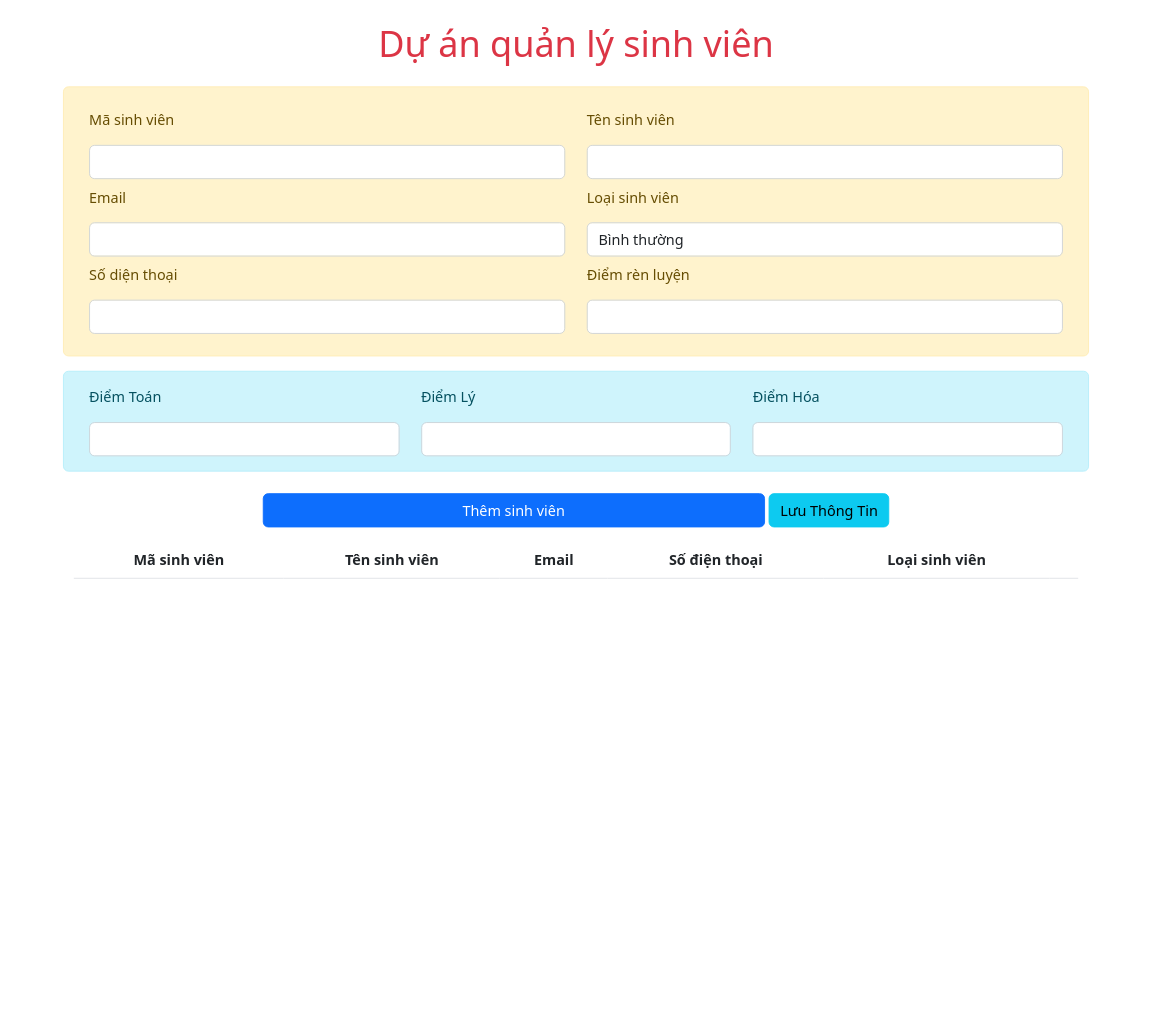
Repository: hcozyph/Cybersoft_JS_OOP
Page: index.html
The author's editor kept a copy of each file at every save. The page is drawn from the files as they stood at one save, then again after the next save.
The browser window is 1280 px wide. The pictures show the whole page, at 90% of full size.

Above is the page before, as saved 2023-03-01 19:42:42.

### index.html
<!DOCTYPE html>
<html lang="en">
    <head>
        <title>Quản lý sinh viên</title>
        <!-- Required meta tags -->
        <meta charset="utf-8" />
        <meta
            name="viewport"
            content="width=device-width, initial-scale=1, shrink-to-fit=no"
        />

        <!-- Bootstrap CSS v5.2.1 -->
        <link
            href="https://cdn.jsdelivr.net/npm/bootstrap@5.2.1/dist/css/bootstrap.min.css"
            rel="stylesheet"
            integrity="sha384-iYQeCzEYFbKjA/T2uDLTpkwGzCiq6soy8tYaI1GyVh/UjpbCx/TYkiZhlZB6+fzT"
            crossorigin="anonymous"
        />

        <!-- index.css -->
        <link rel="stylesheet" href="./assets/styles/index.css" />
    </head>

    <body>
        <div class="container" style="margin-bottom: 500px">
            <div class="title">
                <h3 class="text-center fs-1 text-danger my-4">
                    Dự án quản lý sinh viên
                </h3>
            </div>

            <div class="content">
                <div class="row alert alert-warning">
                    <div class="col-md-6 col-lg-6">
                        <div class="form-group my-2">
                            <p>Mã sinh viên</p>
                            <input class="form-control" id="maSinhVien"></input>
                        </div>

                        <div class="form-group my-2">
                            <p>Email</p>
                            <input class="form-control" id="email"></input>
                        </div>

                        <div class="form-group my-2">
                            <p>Số diện thoại</p>
                            <input class="form-control" id="soDienThoai"></input>
                        </div>
                    </div>

                    <div class="col-md-6 col-lg-6">
                        <div class="form-group my-2">
                            <p>Tên sinh viên</p>
                            <input class="form-control" id="tenSinhVien"></input>
                        </div>

                        <div class="form-group my-2">
                            <p>Loại sinh viên</p>
                            <select class="form-control" id="loaiSinhVien">
                                <option value="Bình thường">Bình thường</option>
                                <option value="Khó khăn">Khó khăn</option>
                            </select>
                        </div>

                        <div class="form-group my-2">
                            <p>Điểm rèn luyện</p>
                            <input type="number" class="form-control" id="diemRenLuyen">
                        </div>
                    </div>
                </div>

                <div class="alert alert-info row mt-2">
                    <div class="col-md-4">
                        <p>Điểm Toán</p>
                        <input type="number" id="diemToan" class="form-control" >
                    </div>
                    <div class="col-md-4">
                        <p>Điểm Lý</p>
                        <input type="number" id="diemLy" class="form-control" >
                    </div>
                    <div class="col-md-4">
                        <p>Điểm Hóa</p>
                        <input type="number" id="diemHoa" class="form-control" >
                    </div>
                </div>

                <div class="my-2 text-center">
                    <button class="btn btn-primary my-2 w-50 w-lg-25" id="btnThemSinhVien">Thêm sinh viên</button>
                    <button class="btn btn-info " id="btnLuuThongTin">Lưu Thông Tin</button>
                </div>

                <table class="table mt-2">
                    <thead>
                        <tr style="    vertical-align: baseline; text-align: center;">
                            <th>Mã sinh viên</th>
                            <th>Tên sinh viên</th>
                            <th>Email</th>
                            <th>Số điện thoại</th>
                            <th>Loại sinh viên</th>
                            <th></th>
                        </tr>
                    </thead>

                    <tbody id="tblSinhVien">
                        <!-- <td>
                            <tr></tr>
                            <tr></tr>
                        </td> -->
                    </tbody>
                </table>

            </div>
        </div>

        <!-- Bootstrap JavaScript Libraries -->
        <script
            src="https://cdn.jsdelivr.net/npm/@popperjs/core@2.11.6/dist/umd/popper.min.js"
            integrity="sha384-oBqDVmMz9ATKxIep9tiCxS/Z9fNfEXiDAYTujMAeBAsjFuCZSmKbSSUnQlmh/jp3"
            crossorigin="anonymous"
        ></script>

        <script
            src="https://cdn.jsdelivr.net/npm/bootstrap@5.2.1/dist/js/bootstrap.min.js"
            integrity="sha384-7VPbUDkoPSGFnVtYi0QogXtr74QeVeeIs99Qfg5YCF+TidwNdjvaKZX19NZ/e6oz"
            crossorigin="anonymous"
        ></script>

        <!-- models -->
        <script src="./models/SinhVien.js"></script>

        <!-- controller js -->
        <script src="./controllers/js/index.js"></script>
    </body>
</html>

### models/SinhVien.js
///--Đặt tên file -- Chữ cái đầu tiên VIẾT HOA

//---Định nghĩa prototype SinhVien

function SinhVien() {
    //input: sv: SinhVien
    this.maSinhVien = '';
    this.email = '';
    this.soDienThoai = '';
    this.tenSinhVien = '';
    this.loaiSinhVien = '';
    this.diemRenLuyen = '';

    this.diemToan = '';
    this.diemLy = '';
    this.diemHoa = '';


}

### controllers/js/index.js
////----MÔ HÌNH MVC
/*
    M [model]       -- nơi chứa các file js là prototype (class)
    V [view]        -- nơi chứa các file giao diện (.html)
    C [controller]  -- các file điều hướng giao diện (index.html => index.js, qlsp.html => qlsp.js)

    ---------------------------------------------------

    util    -- chứa các file dùng chung cho dự án (ví dụ: các method sử dụng ở các dự án trước, hoặc libs [thư viện js] )
    assets  -- là folder chứa tài nguyên của hệ thống (img, audio, viddeo, css, font,...)

*/

function getEle(n) {
    return document.getElementById(n);
}

function querySelector(n) {
    return document.querySelector(n);
}
////////////////////

var mangSinhVien = [];

getEle('btnThemSinhVien').onclick = function () {
    //input: sinhVien: SinhVien
    var sv = new SinhVien();
    console.log(sv);

    sv.maSinhVien = querySelector('#maSinhVien').value;
    sv.tenSinhVien = querySelector('#tenSinhVien').value;
    sv.email = querySelector('#email').value;
    sv.soDienThoai = querySelector('#soDienThoai').value;

    sv.loaiSinhVien = querySelector('#loaiSinhVien').value;
    sv.diemRenLuyen = querySelector('#diemRenLuyen').value;

    sv.diemToan = querySelector('#diemToan').value;
    sv.diemLy = querySelector('#diemLy').value;
    sv.diemHoa = querySelector('#diemHoa').value;

    //output:
    //Mỗi lần click thêm sinh viên => thêm vào mảng 1 object
    mangSinhVien.push(sv);
    console.log('mảng sinh viên', mangSinhVien);

    //Từ mảng tạo ra giao diện
    renderTableSinhVien(mangSinhVien);

    //Lưu mảng sinh viên vào store
    luuLocalStorage();

}

///////////---LOCAL STORAGE---///////////


/*
Dùng để lưu trữ dữ liệu tại máy tính người Dùng
Khi tắt máy hoặc browser vẫn codn lưu

sessionStorage : dùng để lưu dữ liệu tại máy tính người dùng (client) tuy nhiên khi tắt tất cả tab của web đó thì tự xóa
*/



//JSON

///----- Viết 1 hàm lưu trữ dữ liệu vào local storage
function luuLocalStorage() {
    //Lưu mảng sinh viên vào localstorage

    //--STEP 1-- Biến đổi mangSinhVien thành String
    var stringMangSinhVien = JSON.stringify(mangSinhVien);

    //--STEP 2 -- Lưu vào storage
    localStorage.setItem('mangSinhVien', stringMangSinhVien);

}

///-- Lấy store
function layStore() {

    if (localStorage.getItem('mangSinhVien')) {
        var stringMangSinhVien = localStorage.getItem('mangSinhVien');
        console.log(stringMangSinhVien);

        //Chuyển dữ liệu string về dạng object
        mangSinhVien = JSON.parse(stringMangSinhVien);

        console.log(mangSinhVien);

        //Gọi hàm tạo giao diện từ mảng -- LƯU CACHE
        renderTableSinhVien(mangSinhVien);
    }
}

layStore();

















/////////---------CÁCH 2 : LẬP TRÌNH HƯỚNG ĐỐI TƯỢNG----------//////
function renderTableSinhVien(arrSinhVien) {
    //input là mangSinhVien = [{maSinhVien:1,tenSinhViwn:'A'},{maSinhVien:2,tenSinhViwn:'B'},]
    var htmlString = '';

    for (var index = 0; index < arrSinhVien.length; index++) {
        var sv = arrSinhVien[index];
        htmlString += `
            <tr class=text-center>
                <td>${sv.maSinhVien}</td>
                <td>${sv.tenSinhVien}</td>
                <td>${sv.email}</td>
                <td>${sv.soDienThoai}</td>
                <td>${sv.loaiSinhVien}</td>
                <td>
                <button class="btn btn-danger" onclick="xoaSinhVien('${index}')">Xóa</button>
                <button class="btn btn-danger" onclick="xoaSinhVienTheoMa('${sv.maSinhVien}')">Xóa theo mã</button>
                <button class="btn btn-info mx-2">Chỉnh sửa</button>
                </td>
            </tr>
        `
    }

    document.querySelector('tbody').innerHTML = htmlString;
    return htmlString; ///'<tr>....</tr>'
}

//mangSinhVien.splice(index,1)
function xoaSinhVien(index) {
    // alert(indexDel,1);
    ///Xử lý xóa object sinh viên trên mảng dauwj vào index
    mangSinhVien.splice(index, 1);
    //Gọi hàm tạo lại table sinh viên
    renderTableSinhVien(mangSinhVien);
}

///NÊN dùng xóa theo mã để tránh trường hợp tách trang bị conflict
function xoaSinhVienTheoMa(maSVClick) {
    // alert(maSVClick);
    var indeDel = -1;
    for (var index = 0; index < mangSinhVien.length; index++) {
        if (mangSinhVien[index].maSinhVien === maSVClick) {
            indeDel = index;
            break;
        }
    }

    //Xóa đi sinh viên tại vị trí đó trong mảng
    mangSinhVien.splice(indeDel, 1);

    //Tạo lại bảng table Sinh Viên
    renderTableSinhVien(mangSinhVien);
}
//////--END-------CÁCH 2 : LẬP TRÌNH HƯỚNG ĐỐI TƯỢNG---///////




/*
    /////////---------CÁCH 2 : LẬP TRÌNH HƯỚNG ĐỐI TƯỢNG----------/////
var htmlString = `
    <tr>
        <td>${sv.maSinhVien}</td>
        <td>${sv.tenSinhVien}</td>
        <td>${sv.email}</td>
        <td>${sv.soDienThoai}</td>
        <td>${sv.loaiSinhVien}</td>
        <td>
            <button class="btn btn-danger">Xóa</button>
        </td>
    </tr>
`;

querySelector('tbody').innerHTML += htmlString;
*/



/////////---------CÁCH 1 : LẬP TRÌNH HƯỚNG GIAO DIỆN----------/////
// //--Step 1: tạo thẻ tr
// var tr = document.createElement('tr');

// //--Step 2: tạo ra các thẻ td từ sv (thông tin sinh viên)
// var tdMaSv = document.createElement('td');
// tdMaSv.innerHTML = sv.maSinhVien;
// var tdTenSinhVien = document.createElement('td');
// tdTenSinhVien.innerHTML = sv.tenSinhVien;
// var tdEmail = document.createElement('td');
// tdEmail.innerHTML = sv.email;


// var tdLoaiSinhVien = document.createElement('td');
// tdLoaiSinhVien.innerHTML = sv.loaiSinhVien;
// var tdSoDienThoai = document.createElement('td');
// tdSoDienThoai.innerHTML = sv.soDienThoai;
// var tdDiemRenLuyen = document.createElement('td');
// tdDiemRenLuyen.innerHTML = sv.diemRenLuyen;


// var tdDiemToan = document.createElement('td');
// tdDiemToan.innerHTML = sv.diemToan;
// var tdDiemLy = document.createElement('td');
// tdDiemLy.innerHTML = sv.diemLy;
// var tdDiemHoa = document.createElement('td');
// tdDiemHoa.innerHTML = sv.diemHoa;

// /////------btnXoa
// var btnXoa = document.createElement('button');
// btnXoa.className = 'btn btn-danger';
// btnXoa.innerHTML = 'Xóa';
// btnXoa.onclick = function () {
//     //Xóa đi thẻ tr chứa nút này
//     //parentElement: node(thẻ) cha của thẻ đó

//     //----remove(): xóa thẻ
//     // btnXoa.parentElement.parentElement.remove();----

//     //closest(selector): truy xuất đến selector gần nhất
//     btnXoa.closest('tr').remove();
// }

// var tdChucNang = document.createElement('td');
// tdChucNang.appendChild(btnXoa);
// /////End------btnXoa


// //----ĐƯA CÁC THẺ TD VÀO TR
// tr.appendChild(tdMaSv);
// tr.appendChild(tdTenSinhVien);
// tr.appendChild(tdEmail);

// tr.appendChild(tdSoDienThoai);
// tr.appendChild(tdLoaiSinhVien);
// // tr.appendChild(tdDiemRenLuyen);

// // tr.appendChild(tdDiemToan);
// // tr.appendChild(tdDiemLy);
// // tr.appendChild(tdDiemHoa);

// tr.appendChild(tdChucNang);

// //Đưa thẻ tr lên giao diện
// querySelector('tbody').appendChild(tr);

Loaded but not shown: assets/styles/index.css (no stored copy; drawn as an empty file)

After the next save:
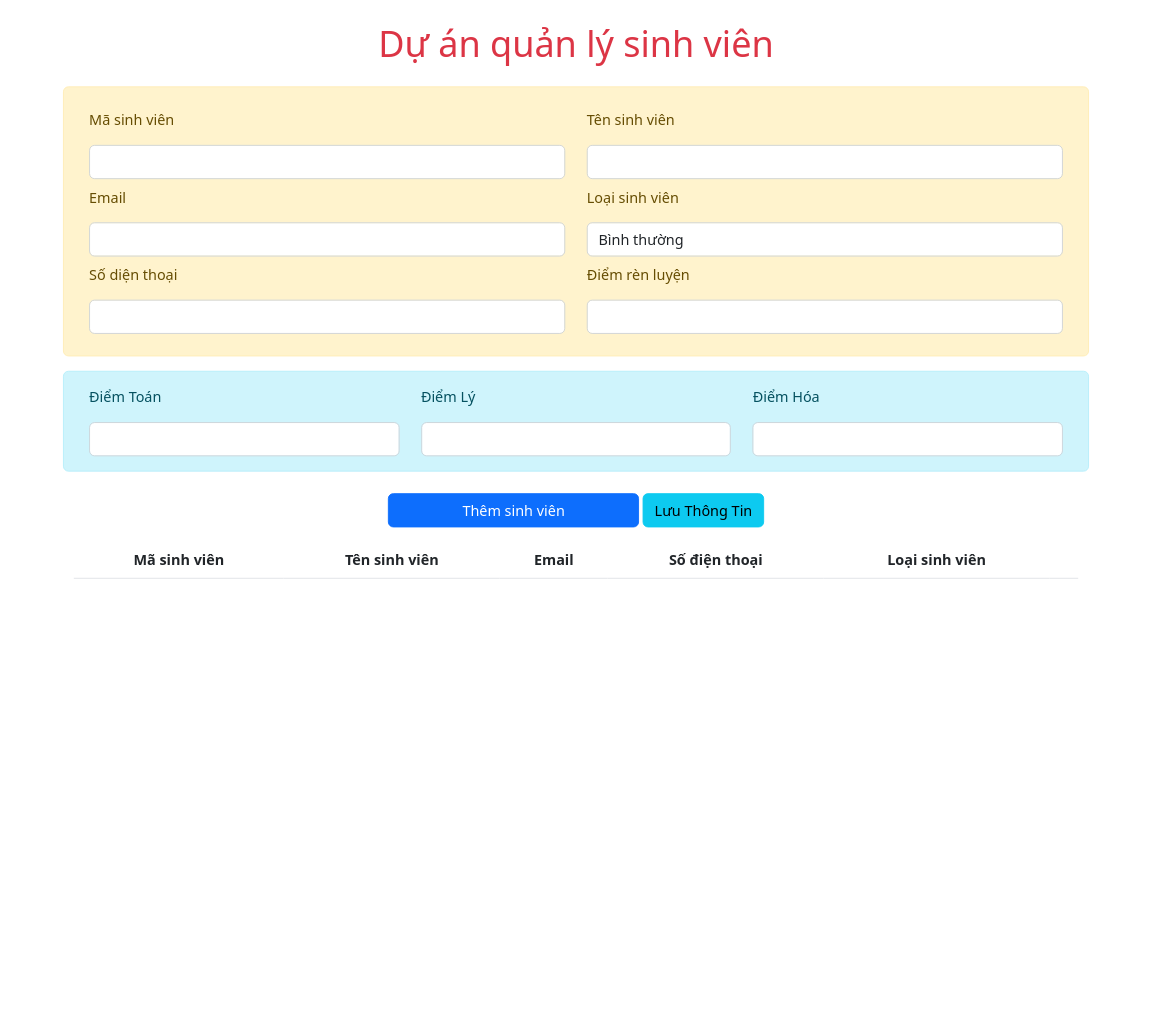
Saved 15 s later.
--- a/index.html
+++ b/index.html
@@ -85,7 +85,7 @@
                 </div>
 
                 <div class="my-2 text-center">
-                    <button class="btn btn-primary my-2 w-50 w-lg-25" id="btnThemSinhVien">Thêm sinh viên</button>
+                    <button class="btn btn-primary my-2 w-25 w-lg-25" id="btnThemSinhVien">Thêm sinh viên</button>
                     <button class="btn btn-info " id="btnLuuThongTin">Lưu Thông Tin</button>
                 </div>
 
